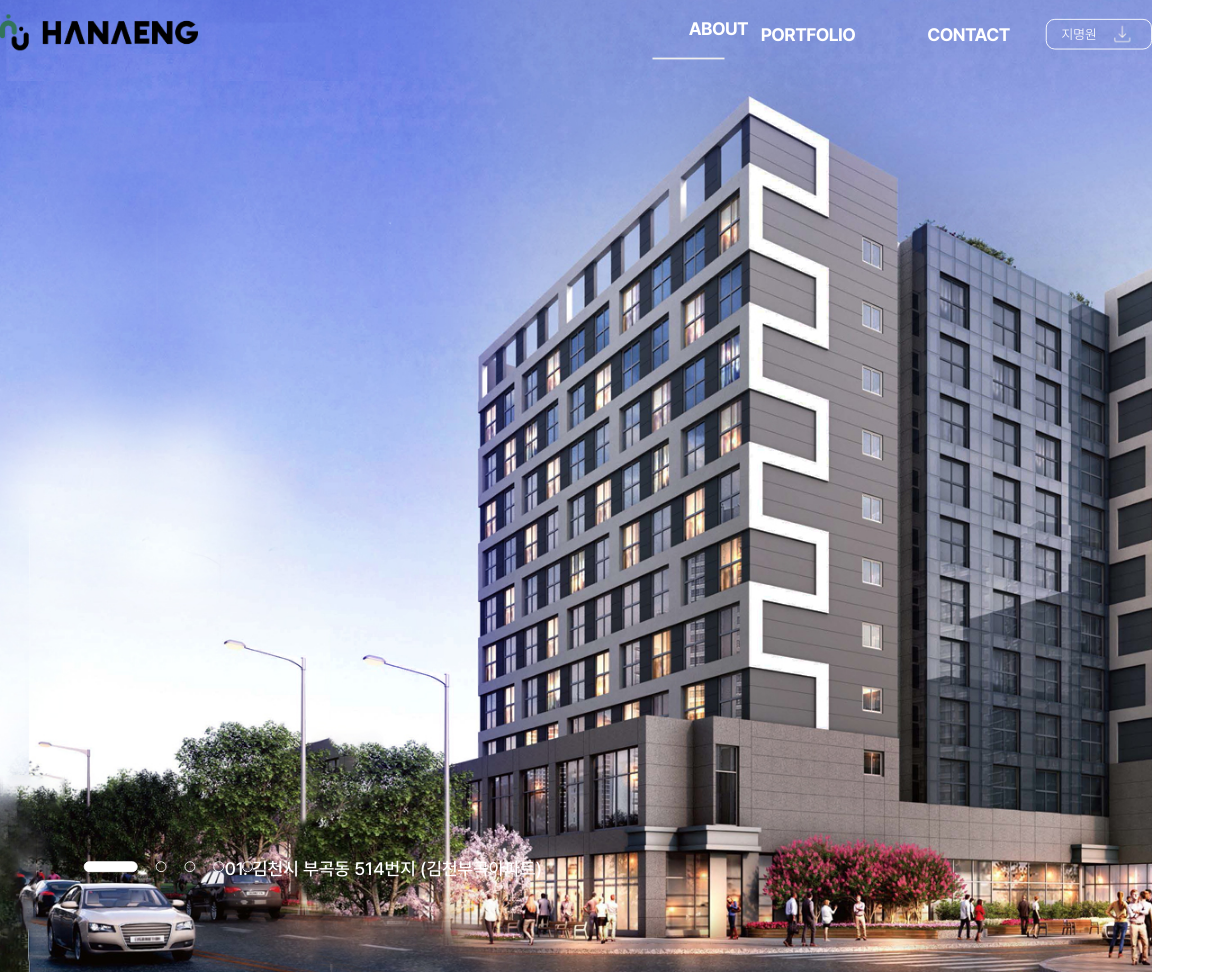
Repository: makeditWeb/hanaenc
Page: main.html
These files come from the project's save history. The page is drawn as it stood at one moment and after the next save; the edit follows.
The browser window is 1280 px wide. The page is 1363 px wide, so the pictures cover 1363 px, including what lies to the right of the window. The pictures show the whole page, at 90% of full size.
The pointer rests on the first visible `.menu-bar .nav-link`.
Some web libraries are served in a nearby version.

Above is the page before, as saved 2023-07-05 18:53:18.

After the next save:
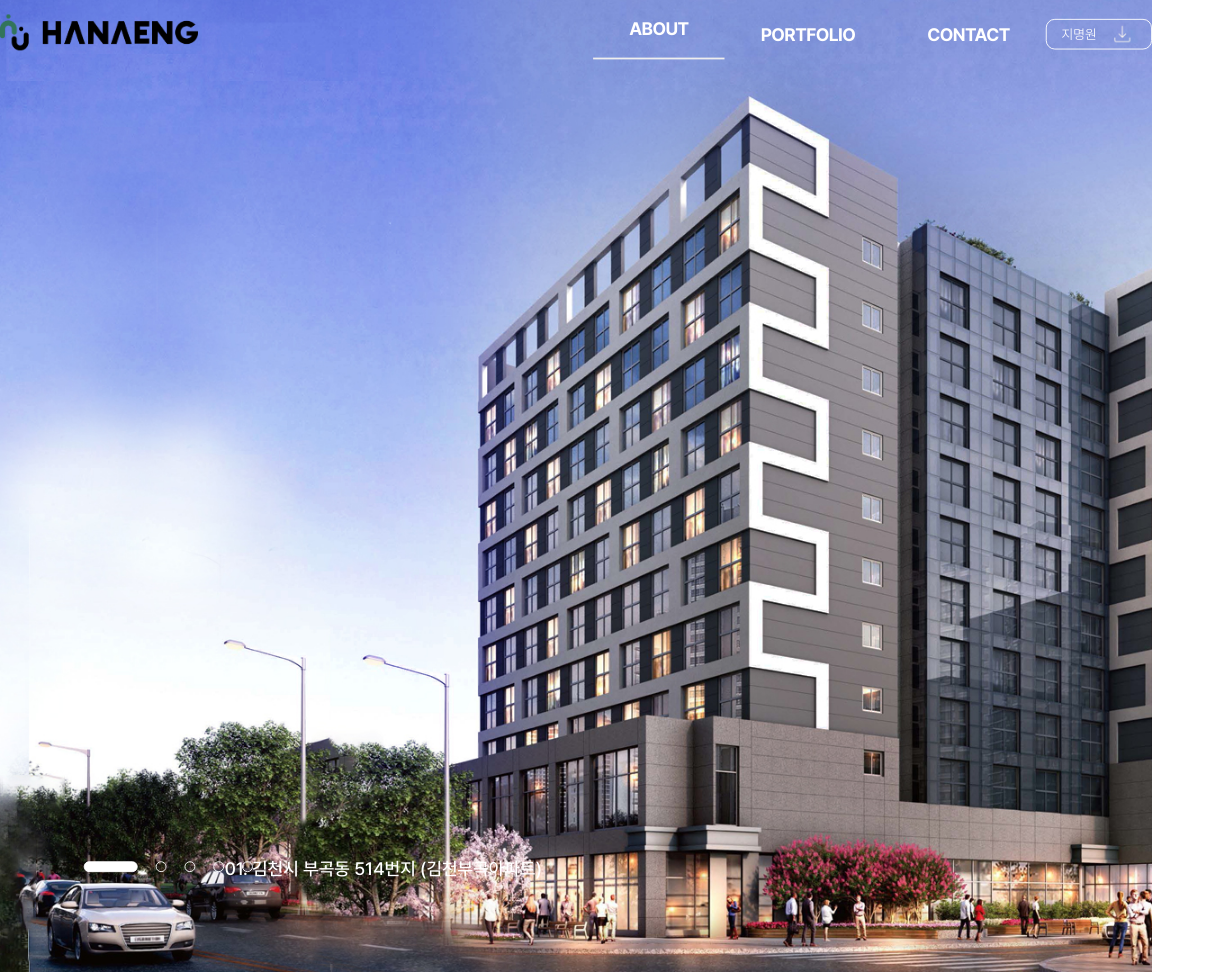
Saved 17 s later.
--- a/css/style.css
+++ b/css/style.css
@@ -181,7 +181,7 @@
 
 .menu-bar .nav-link:hover{
     border-bottom: 2px solid var(--light-grey);
-    width: 2px;
+
 }
 
 .menu-bar .nav-link:hover,
